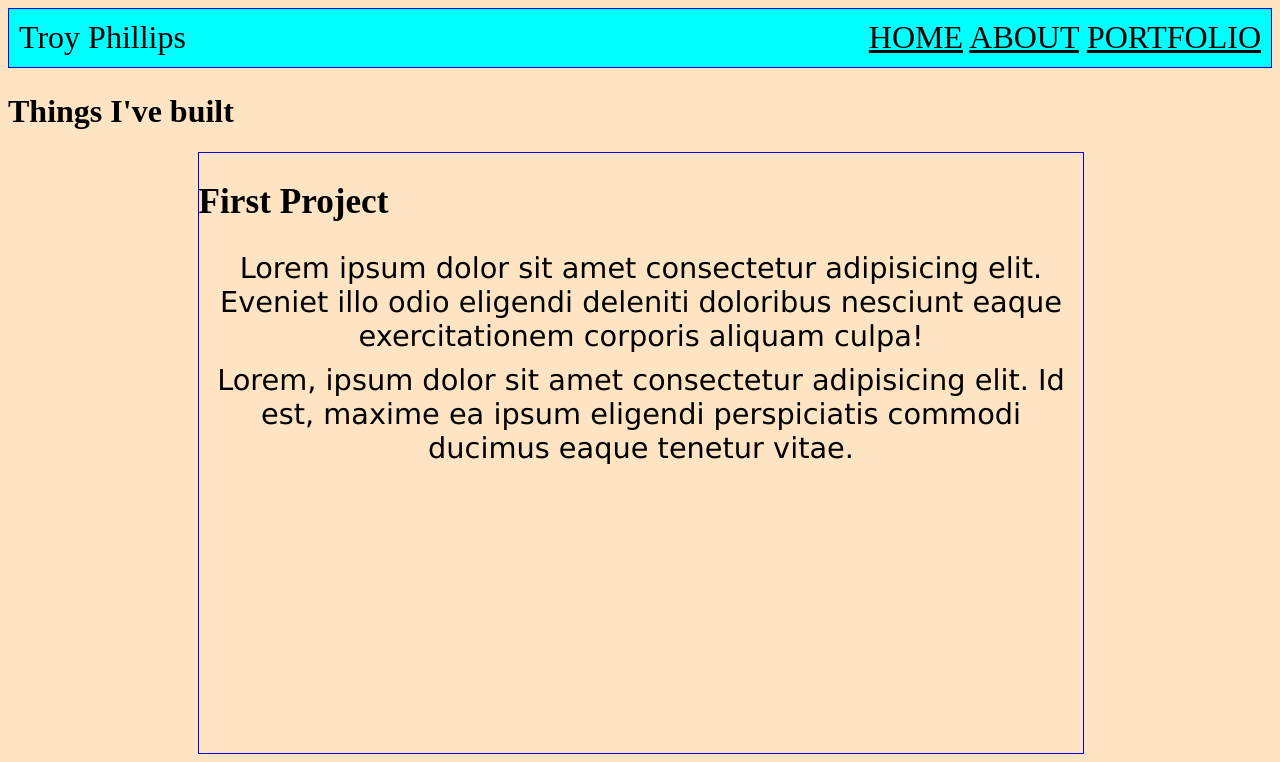
Repository: TheTroyPhillips/Personal-website
Page: portfolio.html
The author's editor kept a copy of each file at every save. The page is drawn from the files as they stood at one save, then again after the next save.
The browser window is 1280 px wide. The pictures show the whole page.

Above is the page before, as saved 2023-09-10 22:36:26.

### portfolio.html
<!DOCTYPE html>
<html lang="en">
<head>
    <meta charset="UTF-8">
    <meta name="viewport" content="width=device-width, initial-scale=1.0">
    <title>Document</title>
    <link rel="stylesheet" href="style.css">
</head>
<body>

    <div class="parent">
        <div class="child">
            <span class="myname">Troy Phillips</span>
        <nav class="pages">
            <a class="active" href="/">HOME</a>
            <a href="/about.html">ABOUT</a>
            <a href="/portfolio.html">PORTFOLIO</a>
        </div>
        <h1>Things I've built</h1>
        <div class="childc">
            <h2 class="two">First Project</h2>
            <p class="extra">Lorem ipsum dolor sit amet consectetur adipisicing elit. Eveniet illo odio eligendi deleniti doloribus
                 nesciunt eaque exercitationem corporis aliquam culpa!</p>
            <p class="extra">Lorem, ipsum dolor sit amet consectetur adipisicing elit. Id est, maxime ea ipsum eligendi perspiciatis
                 commodi ducimus eaque tenetur vitae.</p>
        </div>

### style.css
.child{
    width: 100%;
    height: 60px;
    border: 1px solid blue;
    display: inline-block;
    box-sizing: border-box;
    background-color: aqua;
    padding: 10px;
}
.childb{
    width: 70%;
    height: 600px;
    border: 1px solid blue
}
.myname{
    float: left;
    font-size: 2rem;
}
.pages{
    float: right;
    font-size: 2rem;
}
.pages a.active{
    color: inherit;
}
.pages a{
    color: inherit;
}
body{
    background-color: bisque;
}
main{
    text-align: center;
    margin-left: 5%;
    margin-right: 5%;
    font-size: 1.8rem;
}
p{
    text-align: center;
    font-size: 2.5rem;
    font-family: Verdana, Geneva, Tahoma, sans-serif;
    margin: 130px;
}
.pa{
    margin: 10px;
}
h2{
    font-size: 3rem;
}
.childc{
    width: 70%;
    height: 600px;
    border: 1px solid blue;
    margin-left: 15%;
}
.two{
    font-size: 2.2rem;
}
.extra{
    font-size: 1.8rem;
    margin: 10px;
}

After the next save:
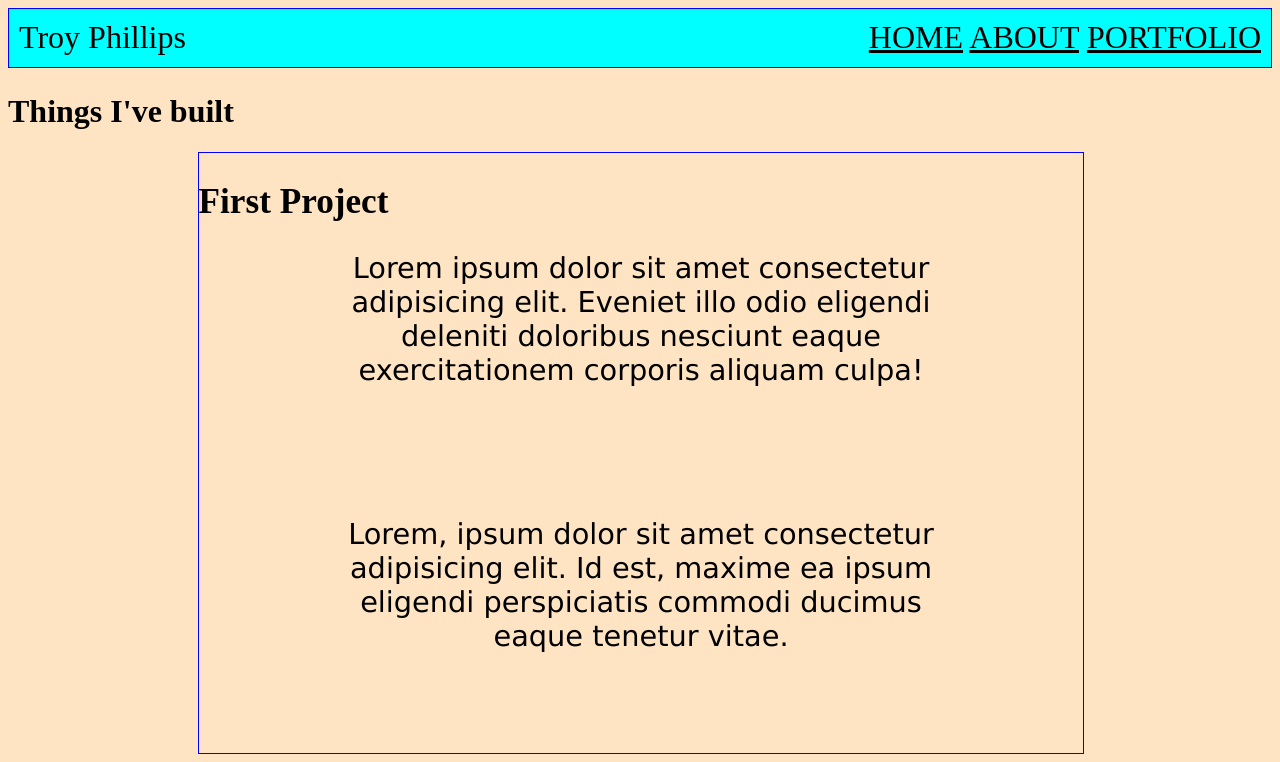
Saved 14 s later.
--- a/style.css
+++ b/style.css
@@ -58,5 +58,5 @@ h2{
 }
 .extra{
     font-size: 1.8rem;
-    margin: 10px;
+    margin-top: 10px;
 }
